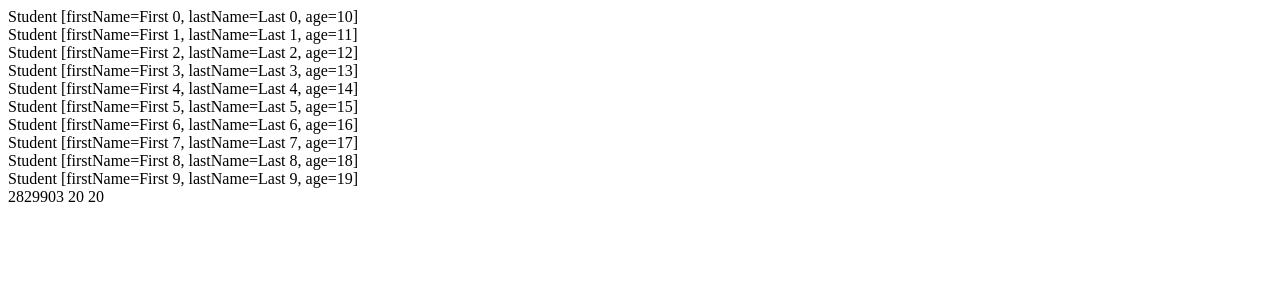
Repository: tuski/JavaProjects
Page: http://localhost/JSPTagDemo/home.jsp
An editor plug-in stored every save of this project. The page is shown before and after the next save, followed by the edit.
The browser window is 1280 px wide. The pictures show the whole page.
The page is served by Tomcat 9.

Above is the page before, as saved 2017-07-27 11:29:50.

After the next save:
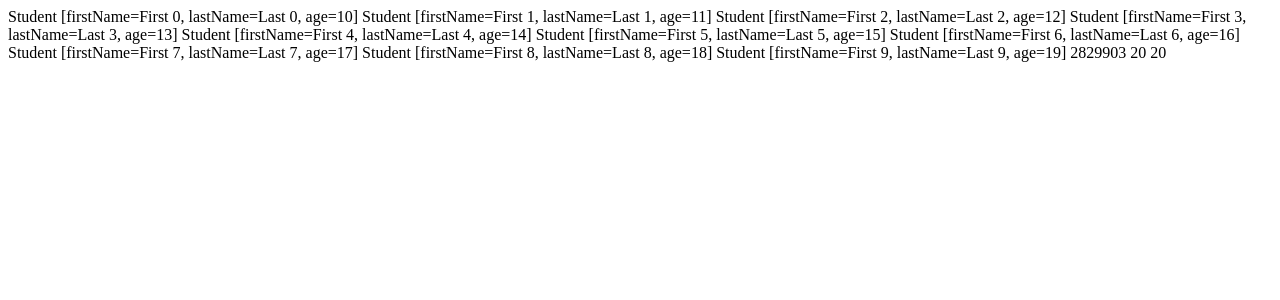
Saved 2 min 40 s later.
--- a/JSPTagDemo/WebContent/home.jsp
+++ b/JSPTagDemo/WebContent/home.jsp
@@ -16,11 +16,14 @@
  pageContext.setAttribute("studentList", students);
  %>
 
-
+ <%--
  <c:forEach var="student" items="${studentList}">
    <c:out value="${student}"/><br/>
+ </c:forEach> --%>
+
+ <c:forEach var="s" items="${studentList}">
+    <c:out value="${s}"></c:out>
  </c:forEach>
-
 <c:out value=" ${2829903 } " />
 
 <c:set  var="data" scope="session"  value="${20 }" ></c:set>
